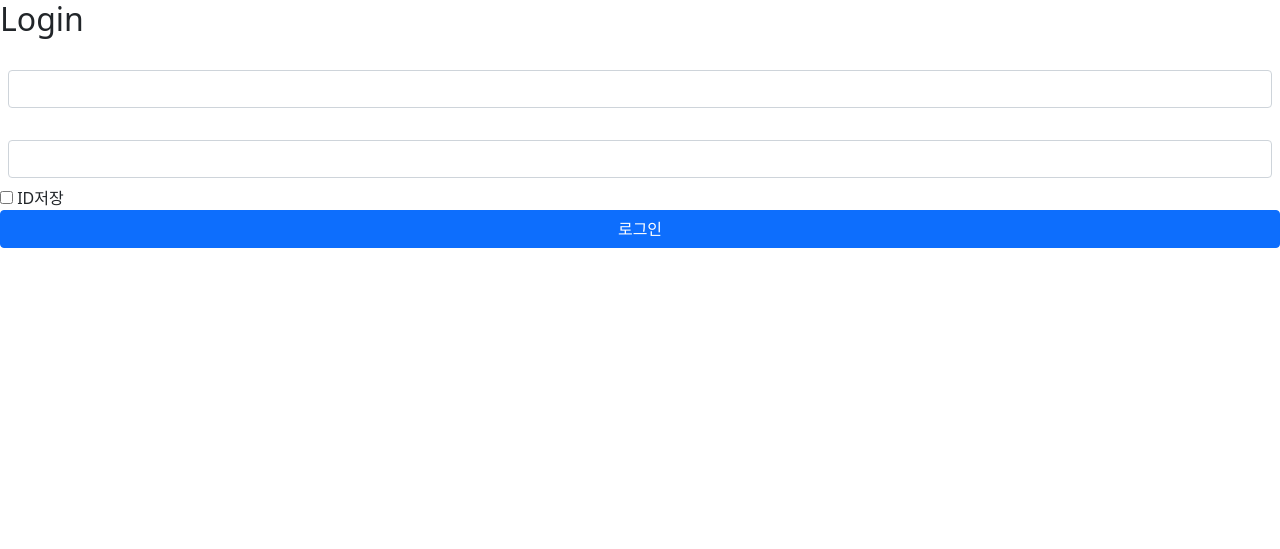
Repository: GotChun/DH_JSP
Page: http://localhost/01_JSP/C07/03/loginProc.jsp
An editor plug-in stored every save of this project. The page is shown before and after the next save, followed by the edit.
The browser window is 1280 px wide. The pictures show the whole page.
The page is served by Tomcat 9.

Above is the page before, as saved 2024-10-23 05:24:57.

After the next save:
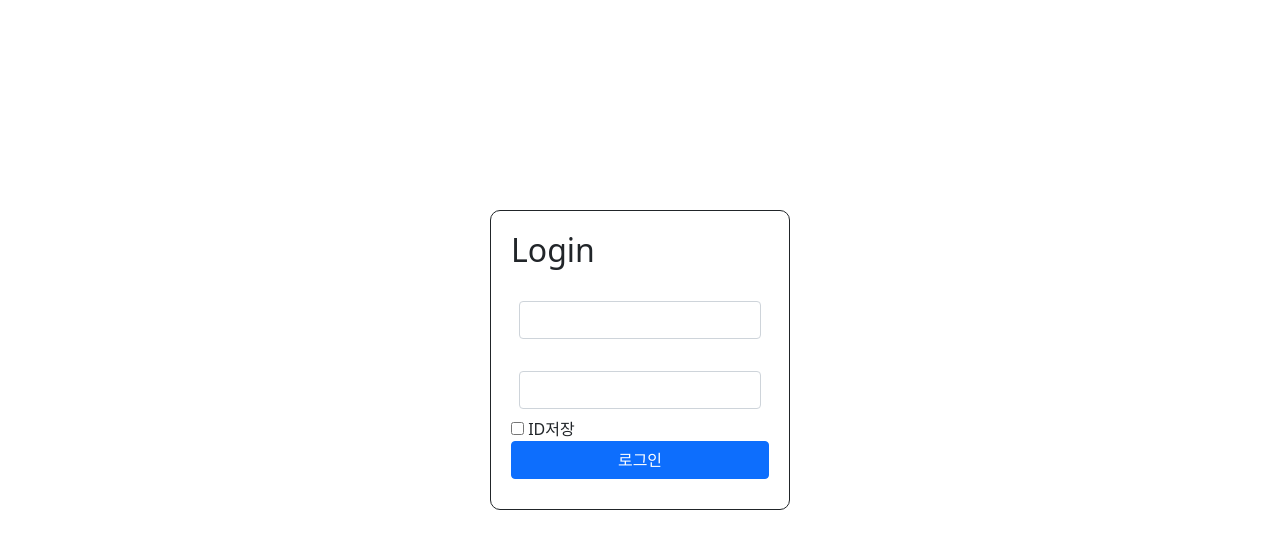
Saved 86 s later.
--- a/01_JSP/src/main/webapp/C07/03/loginProc.jsp
+++ b/01_JSP/src/main/webapp/C07/03/loginProc.jsp
@@ -14,8 +14,8 @@
 
 	<div class="wrapper">
 		<header></header>
-		<main>
-			<form>
+		<main style="width:100%;height:100vh;display:flex;justify-content:center;align-items:center;">
+			<form style="width:300px;height:300px;padding:20px;border:1px solid;border-radius:10px;">
 			<div>
 				<h2>Login</h2>
 			</div>
